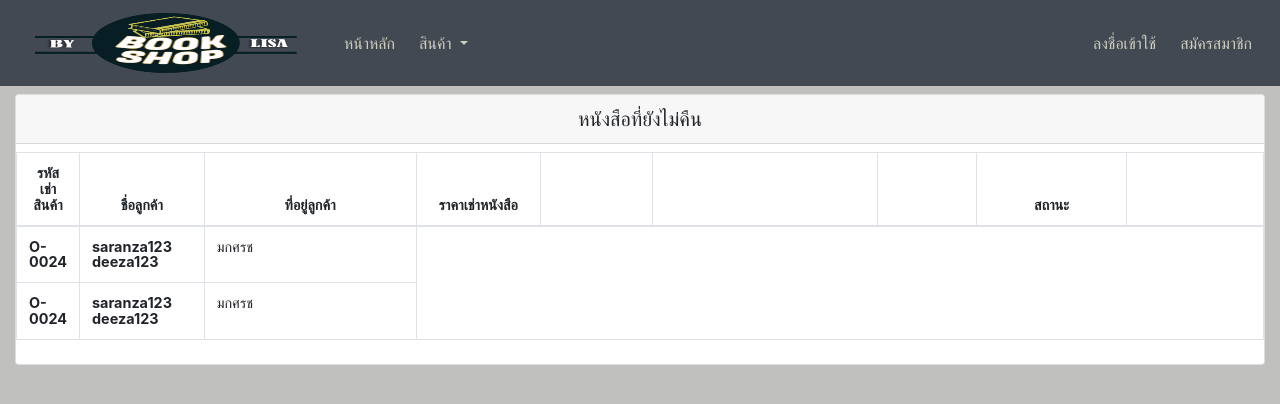
Repository: peawza/shopbook
Page: http://localhost/returnproduct.php?Order_id=24
An editor plug-in stored every save of this project. The page is shown before and after the next save, followed by the edit.
The browser window is 1280 px wide. The pictures show the whole page.
The page is run by PHP 8.4 with error messages shown; the project is at /var/www/html/. The database holds what the project's SQL file puts in it.

Above is the page before, as saved 2020-10-01 11:05:00.

After the next save:
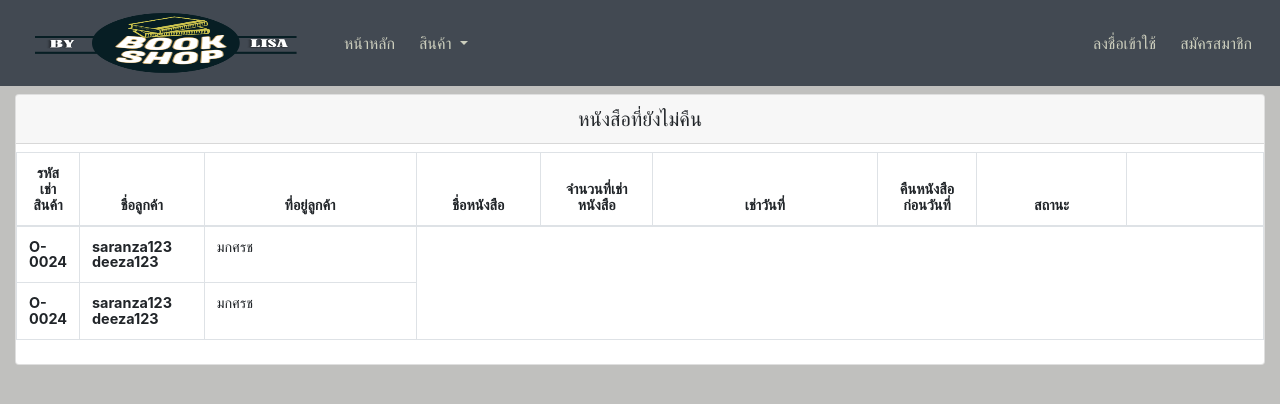
Saved 66 s later.
--- a/returnproduct.php
+++ b/returnproduct.php
@@ -33,10 +33,10 @@
                             <th width="5%" class="text-center">รหัสเช่าสินค้า</th>
                             <th width="10%" class="text-center">ชื่อลูกค้า</th>
                             <th width="17%" class="text-center">ที่อยู่ลูกค้า</th>
-                            <th width="10%" class="text-center">ราคาเช่าหนังสือ</th>
-                            <th width="9%" class="text-center"></th>
-                            <th width="18%" class="text-center"></th>
-                            <th width="8%" class="text-center"></th>
+                            <th width="10%" class="text-center">ชื่อหนังสือ</th>
+                            <th width="9%" class="text-center">จำนวนที่เช่าหนังสือ</th>
+                            <th width="18%" class="text-center">เช่าวันที่</th>
+                            <th width="8%" class="text-center">คืนหนังสือก่อนวันที่</th>
                             <th width="12%" class="text-center">สถานะ</th>
                             <th width="12%" class="text-center"></th>
 
